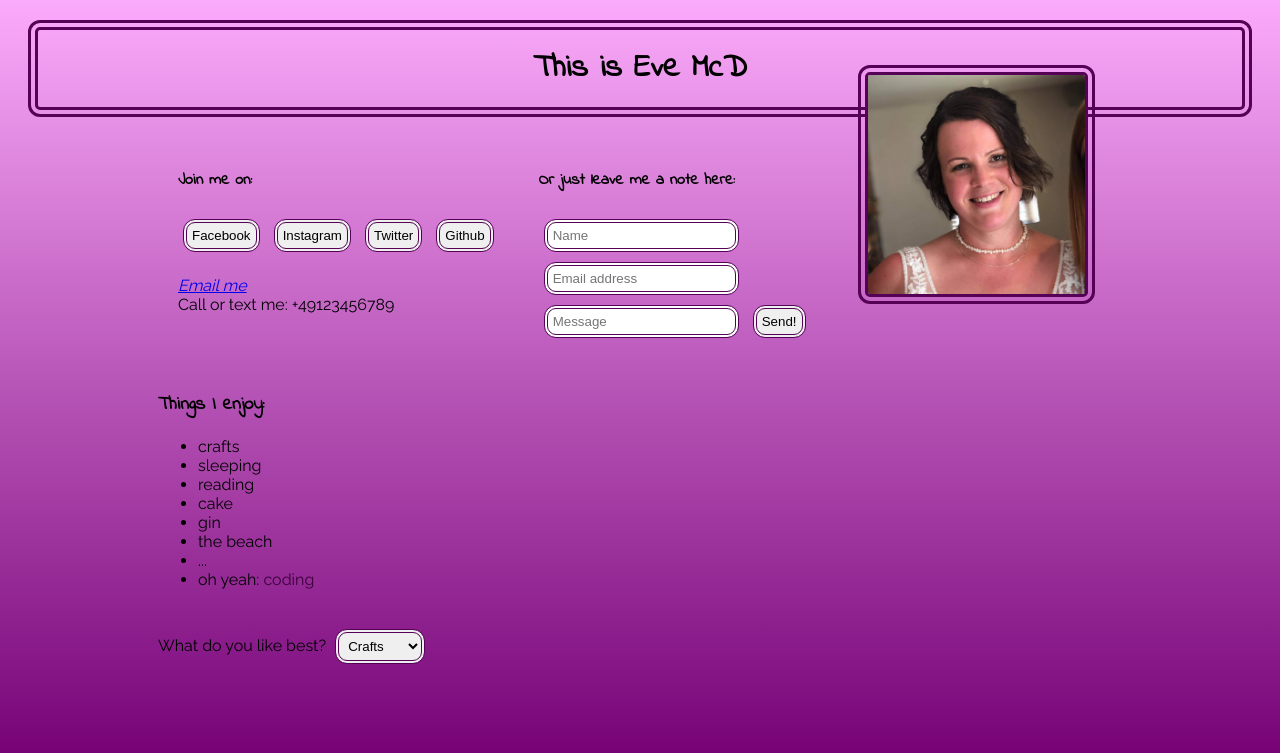
Repository: evemcd/Strive-Ignite-W1
Page: index.html
These files come from the project's save history. The page is drawn as it stood at one moment and after the next save; the edit follows.
The browser window is 1280 px wide. The pictures show the whole page.

Above is the page before, as saved 2021-01-17 22:59:06.

### index.html
<!DOCTYPE html>
<html>

<head>
    <title>Eve McDermott</title>
    <link rel="stylesheet" href="styles.css" />
    <link rel="preconnect" href="https://fonts.gstatic.com">
    <link rel="preconnect" href="https://fonts.gstatic.com">
    <link href="https://fonts.googleapis.com/css2?family=Indie+Flower&family=Raleway&display=swap" rel="stylesheet">
    <meta name="viewport" content="width=device-width, initial-scale=1.0">
</head>

<body>
    <div>
        <div class="header-title">
            <h1>This is Eve McD</h1>
        </div>
        <img src="Eve.jpg" class="header-image" alt="photo of Eve McD" />
    </div>
    <div class="container">
        <div class="div1">
            <h4>Join me on:</h4>
            <input type="button" href="www.facebook.com" value="Facebook" class="socialbutton" />
            <input type="button" href="www.instagram.com" value="Instagram" class="socialbutton" />
            <input type="button" href="www.twitter.com" value="Twitter" class="socialbutton" />
            <input type="button" href="www.github.com" value="Github" class="socialbutton" />
            <br><br>
            <address>
                <a href="mailto:eve@mcdermott.com">Email me </a>
            </address>
            Call or text me: +49123456789
            </p>
        </div>
        <div class="div1">
            <form>
                <h4>Or just leave me a note here:</h4>
                <input type="text" placeholder="Name" class="socialbutton" /><br>
                <input type="email" placeholder="Email address" class="socialbutton" /><br>
                <input type="text" placeholder="Message" class="socialbutton" />
                <input type="button" value="Send!" class="socialbutton" />
            </form>
        </div>
    </div>
    <section class="container-skills">
    <div>
        <h3>Things I enjoy:</h3>
        <ul>
            <li>crafts</li>
            <li>sleeping</li>
            <li>reading</li>
            <li>cake</li>
            <li>gin</li>
            <li>the beach</li>
            <li>...</li>
            <li>oh yeah: <span style="color: rgb(59, 0, 59);">coding</span></li>
        </ul><br>
            <label for="hobbies">What do you like best?</label>
        <select name="hobbies" id="hobbies" class="socialbutton">
            <option value="crafts">Crafts</option>
            <option value="sleeping">Sleeping</option>
            <option value="reading">Reading</option>
            <option value="cake">Cake</option>
            <option value="gin">Gin</option>
            <option value="beach">Beach</option>
            <option value="coding">Coding</option>
        </select>
    </div>
    </section>
    <br><br><br><br>

</body>

</html>

### styles.css
body {
    background: rgb(251, 171, 251);
    background: linear-gradient(180deg, rgba(251, 171, 251, 1) 0%, rgba(119, 3, 119, 1) 100%);
    font-family: Raleway;
}

.div1 {
    display: inline-block;
    /* width: 40%; */
    vertical-align: top;
    margin: 0px 20px 0px 20px;
}

.container {
    display: flex;
    flex-flow: column wrap;
    flex-direction: row;
    justify-content: flex-start;
    margin: 30px 0px 0px 150px;
}

.container-skills {
    display: flex;
    flex-flow: column wrap;
    flex-direction: row;
    justify-content: flex-start;
    margin: 30px 0px 0px 150px;
}

h1 {
    padding: 15px;
    margin: 20px;
    border: 10px double rgb(85, 1, 85);
    border-radius: 12px;
    text-align: center;
}

h1,
h2,
h3,
h4,
h5,
h6 {
    font-family: Indie Flower;
}

.textcenter {
    text-align: center;
}

.header-image {
    width: 17%;
    position: absolute;
    top: 9%;
    left: 67%;
    border: 10px double rgb(85, 1, 85);
    border-radius: 12px;
}

.socialbutton {
    border: 4px double rgb(85, 1, 85);
    border-radius: 12px;
    padding: 5px;
    margin: 5px;
}

@media screen and (max-width: 992px) {
    .div1 {
        display: inline-block;
        width: 100%;
        vertical-align: top;
    }

    .hobbies {
        margin-left: 10%;
    }
}

After the next save:
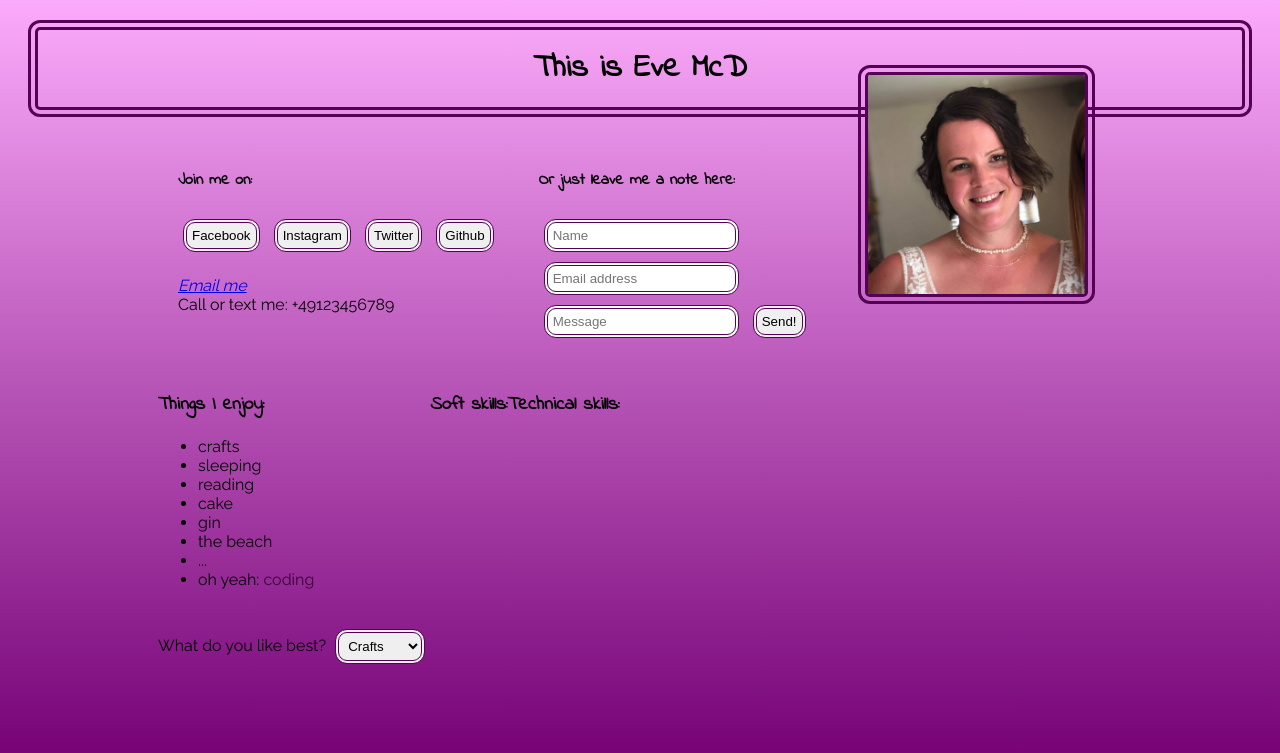
Saved 100 s later.
--- a/index.html
+++ b/index.html
@@ -42,29 +42,35 @@
         </div>
     </div>
     <section class="container-skills">
-    <div>
-        <h3>Things I enjoy:</h3>
-        <ul>
-            <li>crafts</li>
-            <li>sleeping</li>
-            <li>reading</li>
-            <li>cake</li>
-            <li>gin</li>
-            <li>the beach</li>
-            <li>...</li>
-            <li>oh yeah: <span style="color: rgb(59, 0, 59);">coding</span></li>
-        </ul><br>
+        <div>
+            <h3>Things I enjoy:</h3>
+            <ul>
+                <li>crafts</li>
+                <li>sleeping</li>
+                <li>reading</li>
+                <li>cake</li>
+                <li>gin</li>
+                <li>the beach</li>
+                <li>...</li>
+                <li>oh yeah: <span style="color: rgb(59, 0, 59);">coding</span></li>
+            </ul><br>
             <label for="hobbies">What do you like best?</label>
-        <select name="hobbies" id="hobbies" class="socialbutton">
-            <option value="crafts">Crafts</option>
-            <option value="sleeping">Sleeping</option>
-            <option value="reading">Reading</option>
-            <option value="cake">Cake</option>
-            <option value="gin">Gin</option>
-            <option value="beach">Beach</option>
-            <option value="coding">Coding</option>
-        </select>
-    </div>
+            <select name="hobbies" id="hobbies" class="socialbutton">
+                <option value="crafts">Crafts</option>
+                <option value="sleeping">Sleeping</option>
+                <option value="reading">Reading</option>
+                <option value="cake">Cake</option>
+                <option value="gin">Gin</option>
+                <option value="beach">Beach</option>
+                <option value="coding">Coding</option>
+            </select>
+        </div>
+        <div>
+            <h3>Soft skills:</h3>
+        </div>
+        <div>
+            <h3>Technical skills:</h3>
+        </div>
     </section>
     <br><br><br><br>
 
